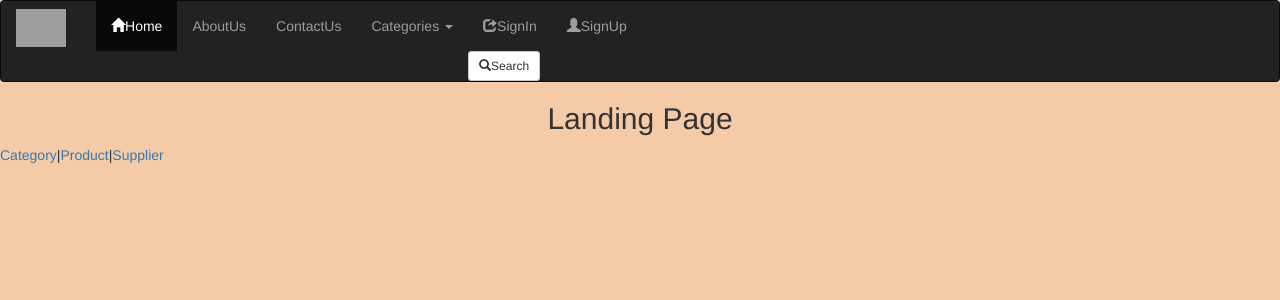
Repository: ananthi024/Java-Programs
Page: http://localhost/ClassyMissyFrontend/
The author's editor kept a copy of each file at every save. The page is drawn from the files as they stood at one save, then again after the next save.
The browser window is 1280 px wide. The pictures show the whole page.
Pictures or frames that could not be fetched are drawn as grey boxes. Some web libraries are served in a nearby version. The page is served by Tomcat 9. Nobody is signed in. The application's start-up code is not run. Other server files are loaded and not shown.

Above is the page before, as saved 2017-06-26 23:22:33.
Console error (its wording comes from the project's code and is left out).

### MyProject-29.06.2017/ClassyMissyFrontend/src/main/webapp/index.jsp
<%@ page language="java" contentType="text/html"%>
<%@include file="WEB-INF/views/Header.jsp" %>
<h2 align="center">Landing Page</h2>
<a href="Category">Category</a>|<a href="Product">Product</a>|<a href="Supplier">Supplier</a>
</body>
</html>

### MyProject-29.06.2017/ClassyMissyFrontend/src/main/webapp/WEB-INF/views/Header.jsp
<%@ page language="java" contentType="text/html"%>

<html>
<head>
<title>Navbar Example</title>
<meta name="viewport" content="width=device-width,initial-scale=1">
<link rel="stylesheet" href="https://maxcdn.bootstrapcdn.com/bootstrap/3.3.7/css/bootstrap.min.css">
<script src="https://maxcdn.bootstrapcdn.com/bootstrap/3.3.7/js/bootstrap.min.js"></script>
<script src="https://ajax.googleapis.com/ajax/libs/jquery/3.1.1/jquery.min.js"></script>
</head>
<body style="background-color:#f5cba7">
<form action="gh">
<!-- Starting The Navbar Code -->
<nav class="navbar navbar-inverse">
<div class="container-fluid">

<div class="navbar-header">
<a class="navbar-brand" rel="home" href="#" title="The Exprssion of Pearl">
                <img style="max-width:50px; margin-top: -7px;"
                     src="E:\New folder\cma2.jpg">
            </a>
<a class="navbar-brand" href="Home.jsp"></a>
</div>


<ul class="nav navbar-nav">
<li class="active"><a href="Home.jsp"><span class="glyphicon glyphicon-home"></span>Home</a></li>
<li><a href="AboutUs">AboutUs</a></li>
<li><a href="ContactUs.jsp">ContactUs</a></li>
 <li class="dropdown"><a href="#" class="dropdown-toggle"
 data-toggle="dropdown" role="button" aria-haspopup="true"
 aria-expanded="false">Categories <span class="caret"></span></a>
          <ul class="dropdown-menu">
            <li><a href="#">Page 1</a></li>
            <li><a href="#">Page 2</a></li>
            <li><a href="#">Page 3</a></li>
          </ul></li>
<div class="nav navbar-nav navbar-right">
<li><a href="SignIn.jsp"><span class="glyphicon glyphicon-share"></span>SignIn </a></li>
<li><a href="Register.jsp"><span class="glyphicon glyphicon-user"></span>SignUp </a></li>

<!-- Search Button -->
 <p>
        <li><button type="button" class="btn btn-default btn-sm">
          <span class="glyphicon glyphicon-search"></span>Search
        </button></li>
      </p>
</div>
</ul>
</div>
</nav>
</form>
</body>
</html>

After the next save:
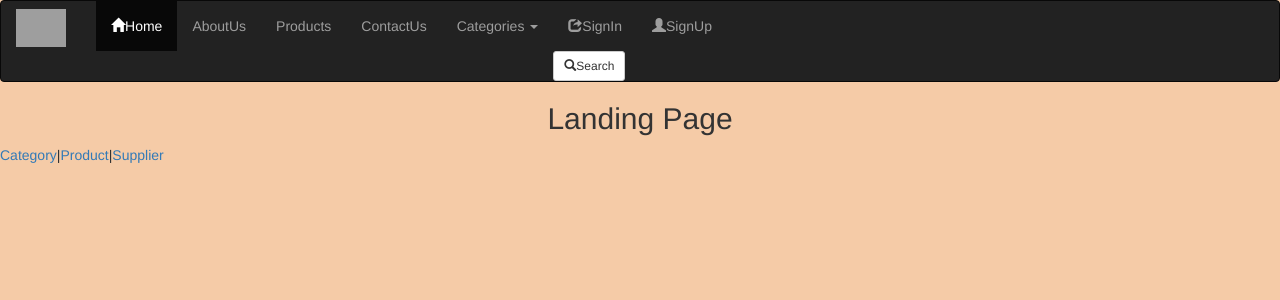
Saved 6 s later.
--- a/MyProject-29.06.2017/ClassyMissyFrontend/src/main/webapp/WEB-INF/views/Header.jsp
+++ b/MyProject-29.06.2017/ClassyMissyFrontend/src/main/webapp/WEB-INF/views/Header.jsp
@@ -26,6 +26,7 @@
 <ul class="nav navbar-nav">
 <li class="active"><a href="Home.jsp"><span class="glyphicon glyphicon-home"></span>Home</a></li>
 <li><a href="AboutUs">AboutUs</a></li>
+<li><a href="displayProduct">Products</a>
 <li><a href="ContactUs.jsp">ContactUs</a></li>
  <li class="dropdown"><a href="#" class="dropdown-toggle"
  data-toggle="dropdown" role="button" aria-haspopup="true"
